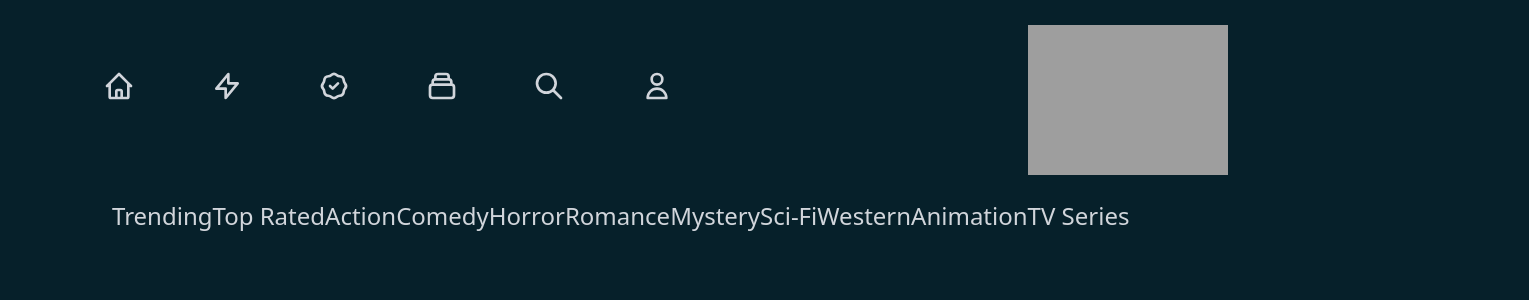
Repository: Delos-343/Hulu-2.0
Page: /
The author's editor kept a copy of each file at every save. The page is drawn from the files as they stood at one save, then again after the next save.
The browser window is 1280 px wide. The page is 1280 px wide, then 1529 px, so the pictures cover 1529 px, including what lies to the right of the window. The pictures show the whole page.
Pictures or frames that could not be fetched are drawn as grey boxes. The project was rebuilt for these pictures with package versions that can differ from the ones it lists, and the page was loaded fresh each time. The framework's server and built-in components were replaced by stand-ins that run in the browser. Also part of the build but not shown: next.config.js.

Above is the page before, as saved 2022-04-07 05:44:08.

### pages/index.js
import Head from 'next/head'
import styles from '../styles/Home.module.css'
import Header from '../components/Header'
import Nav from '../components/Nav'

export default function Home() {
  return (
    <div className={styles.container}>
      <Head>
        <title>Create Next App</title>
        <meta name="description" content="A personal starter project for NEXT.JS" />
        <link rel="icon" href="/favicon.ico" />
      </Head>

      <Header />
      <Nav />


      {/* Results.section */}



    </div>
  )
}

### styles/globals.css
@tailwind base;
@tailwind components;
@tailwind utilities;

@layer base {
  body {
    @apply bg-[#06202a] text-gray-300;
  }
}

### components/Header.jsx
import React from 'react'
import Image from 'next/image'
import HeaderItem from './HeaderItem'

import { BadgeCheckIcon, CollectionIcon, HomeIcon,
         LightningBoltIcon, SearchIcon, UserIcon } from '@heroicons/react/outline'

function Header() {
  return (
    <header className='flex flex-colsm:flex-row m-5 justify-between
    items-center h-auto'>
        <div className='flex flex-grow justify-evenly max-w-2xl'>
          <HeaderItem title='HOME' Icon={HomeIcon} />
          <HeaderItem title='TRENDING' Icon={LightningBoltIcon} />
          <HeaderItem title='VERIFIED' Icon={BadgeCheckIcon} />
          <HeaderItem title='COLLECTIONS' Icon={CollectionIcon} />
          <HeaderItem title='SEARCH' Icon={SearchIcon} />
          <HeaderItem title='ACCOUNT' Icon={UserIcon} />
        </div>
        <Image
        className='object-contain'
        src='https://i.postimg.cc/T13jh1vV/IDe-Text-White-3rd-Version-copy-2.png'
        width={200}
        height={160}
        />
    </header>
  )
}

export default Header

### components/Nav.jsx
import React from 'react'
import req from '../utils/requests'

function Nav() {
  return (
    <nav>
        <div className='flex px-10 sm:px-20 text-2xl whitespace-nowrap'>
          {Object.entries(req).map(([key, { title, url }]) => (
            <h2 key={key}
                className='cursor-pointer transition duration-100
                           transform hover:scale-125 hover:text-white
                           active:text-red-500'> {title} </h2>
          ))}
        </div>
    </nav>
  )
}

export default Nav

### components/HeaderItem.jsx
import React from 'react'

function HeaderItem({ Icon, title }) {
  return (
    <div className='flex flex-col items-center cursor-pointer group
                    w-12 sm:w-20 hover:text-white'>

      <Icon className='h-8 mb-1 group-hover:animate-bounce' />

      <p className='opacity-0 group-hover:opacity-100
                    tracking-widest'>
        {title}
      </p>
    </div>
  )
}

export default HeaderItem

### utils/requests.js
const API_KEY = process.env.API_KEY;

export default {
    fetchTrending: {
        title: 'Trending',
        url: '/trending/all/week?api_key=${API_KEY}&language=en-US'
    },
    fetchTopRated: {
        title: 'Top Rated',
        url: '/movie/top_rated/week?api_key=${API_KEY}&language=en-US'
    },
    fetchActionMovies: {
        title: 'Action',
        url: '/discover/movie/week?api_key=${API_KEY}&with_genres=20'
    },
    fetchComedyMovies: {
        title: 'Comedy',
        url: '/discover/movie/week?api_key=${API_KEY}&with_genres=35'
    },
    fetchHorrorMovies: {
        title: 'Horror',
        url: '/discover/movie/week?api_key=${API_KEY}&with_genres=27'
    },
    fetchRomanceMovies: {
        title: 'Romance',
        url: '/discover/movie/week?api_key=${API_KEY}&with_genres=10749'
    },
    fetchMystery: {
        title: 'Mystery',
        url: '/discover/movie/week?api_key=${API_KEY}&with_genres=9648'
    },
    fetchSciFi: {
        title: 'Sci-Fi',
        url: '/discover/movie/week?api_key=${API_KEY}&with_genres=870'
    },
    fetchWestern: {
        title: 'Western',
        url: '/discover/movie/week?api_key=${API_KEY}&with_genres=37'
    },
    fetchAnimation: {
        title: 'Animation',
        url: '/discover/movie/week?api_key=${API_KEY}&with_genres=16'
    },
    fetchTV: {
        title: 'TV Series',
        url: '/discover/movie/week?api_key=${API_KEY}&with_genres=10770'
    },
}

Loaded but not shown: pages/_app.js (common file); styles/Home.module.css (common file); tailwind.config.js (common file)

After the next save:
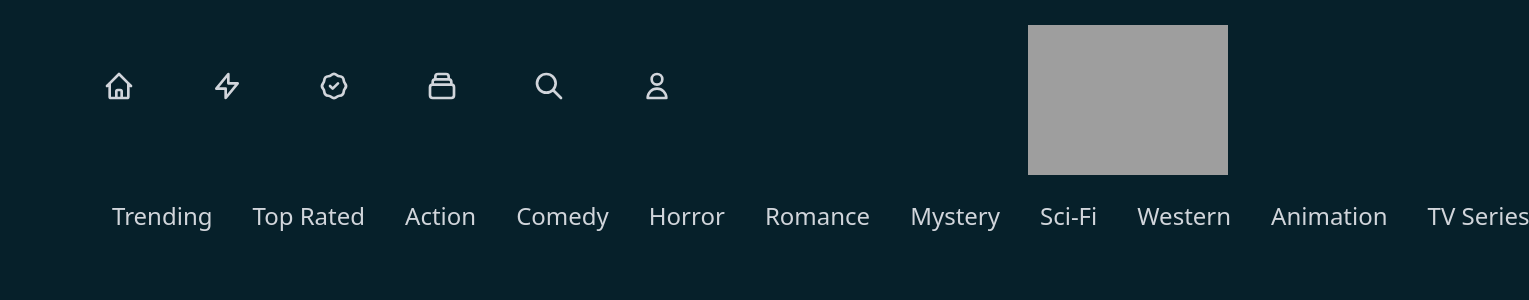
Saved 62 s later.
--- a/components/Nav.jsx
+++ b/components/Nav.jsx
@@ -4,7 +4,8 @@ import req from '../utils/requests'
 function Nav() {
   return (
     <nav>
-        <div className='flex px-10 sm:px-20 text-2xl whitespace-nowrap'>
+        <div className='flex px-10 sm:px-20 text-2xl whitespace-nowrap
+                        space-x-10'>
           {Object.entries(req).map(([key, { title, url }]) => (
             <h2 key={key}
                 className='cursor-pointer transition duration-100
